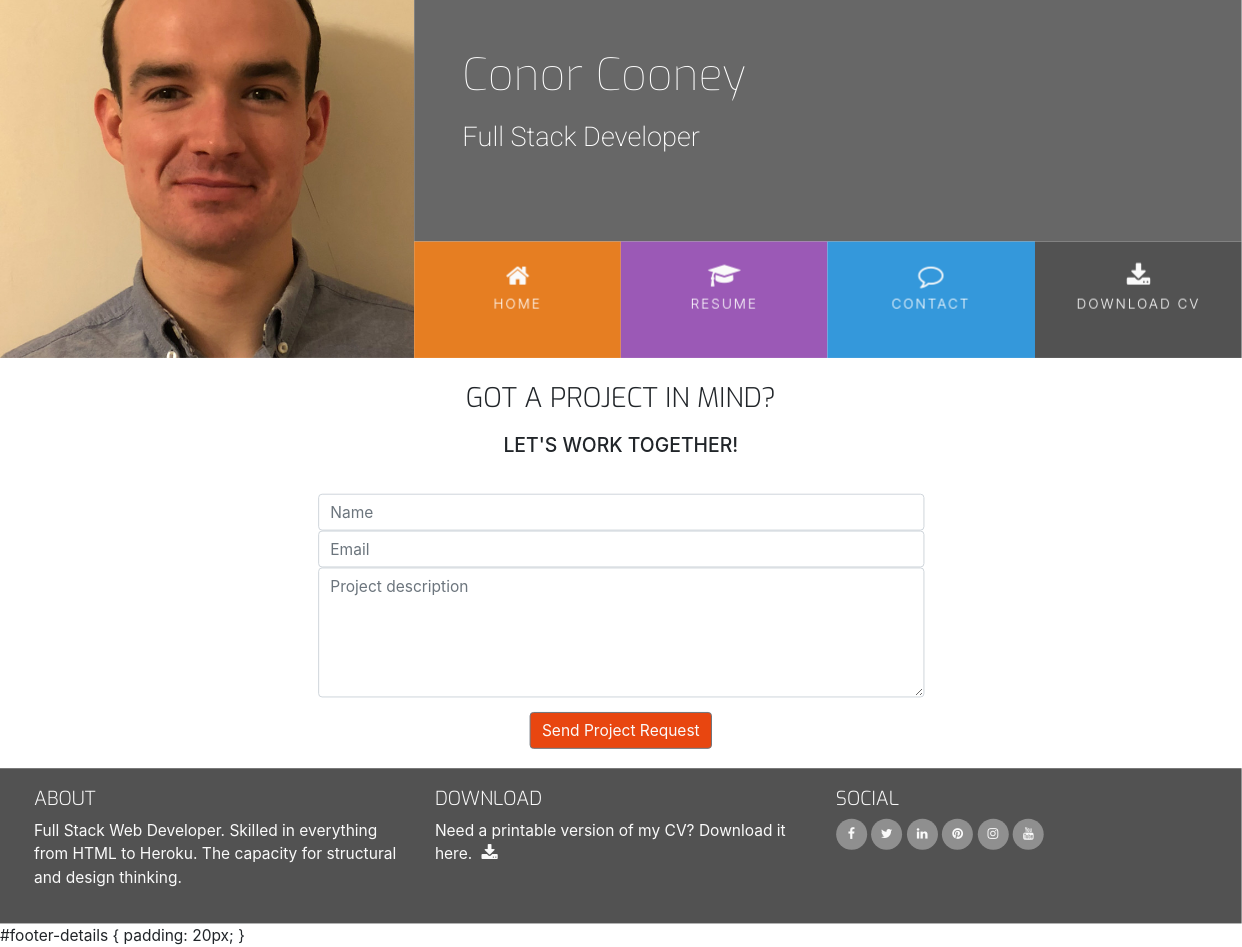
Repository: ConorTC1990/CONORCOONEY
Page: contact.html
The author's editor kept a record of every edit. The page is drawn from the files as they stood at one moment, then again after the next edit.
The browser window is 1280 px wide. The pictures show the whole page, at 97% of full size.
Some web libraries are served in a nearby version.

Above is the page before.

After the next edit:
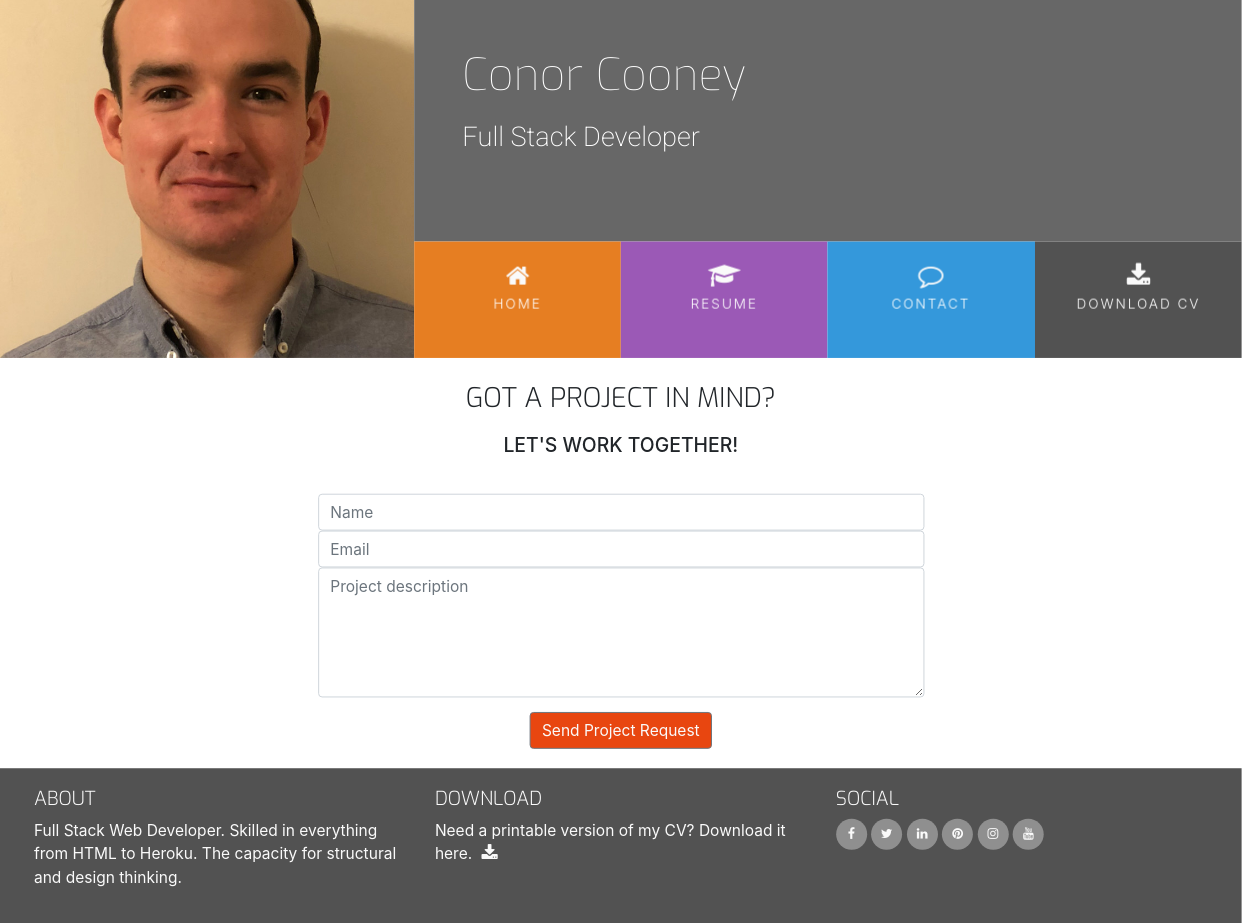
The edit:
--- a/contact.html
+++ b/contact.html
@@ -129,7 +129,3 @@
 </body>
 
 </html>
-
-#footer-details {
-    padding: 20px;
-}
